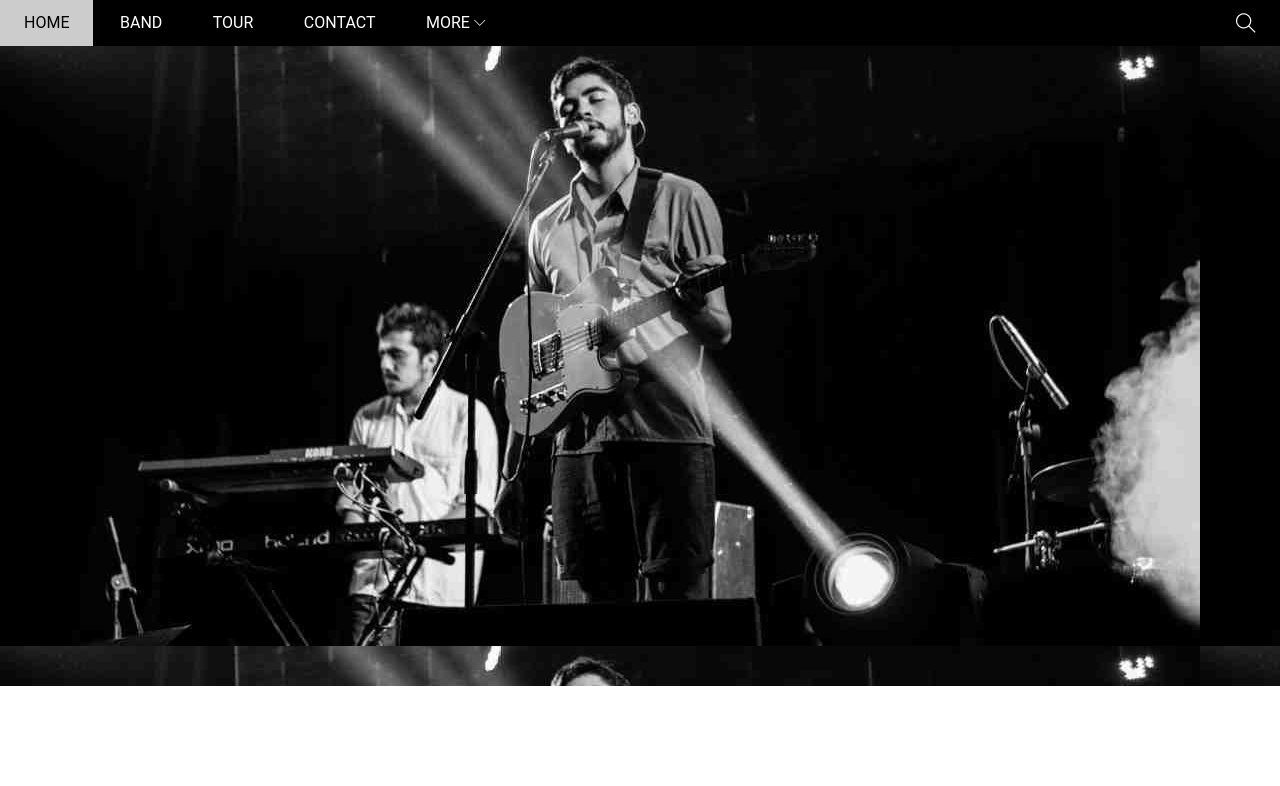
Repository: vuongld315/myLandingPage
Page: index.html
The author's editor kept a copy of each file at every save. The page is drawn from the files as they stood at one save, then again after the next save.
The browser window is 1280 px wide. The pictures show the whole page.

Above is the page before, as saved 2022-07-22 12:50:34.

After the next save:
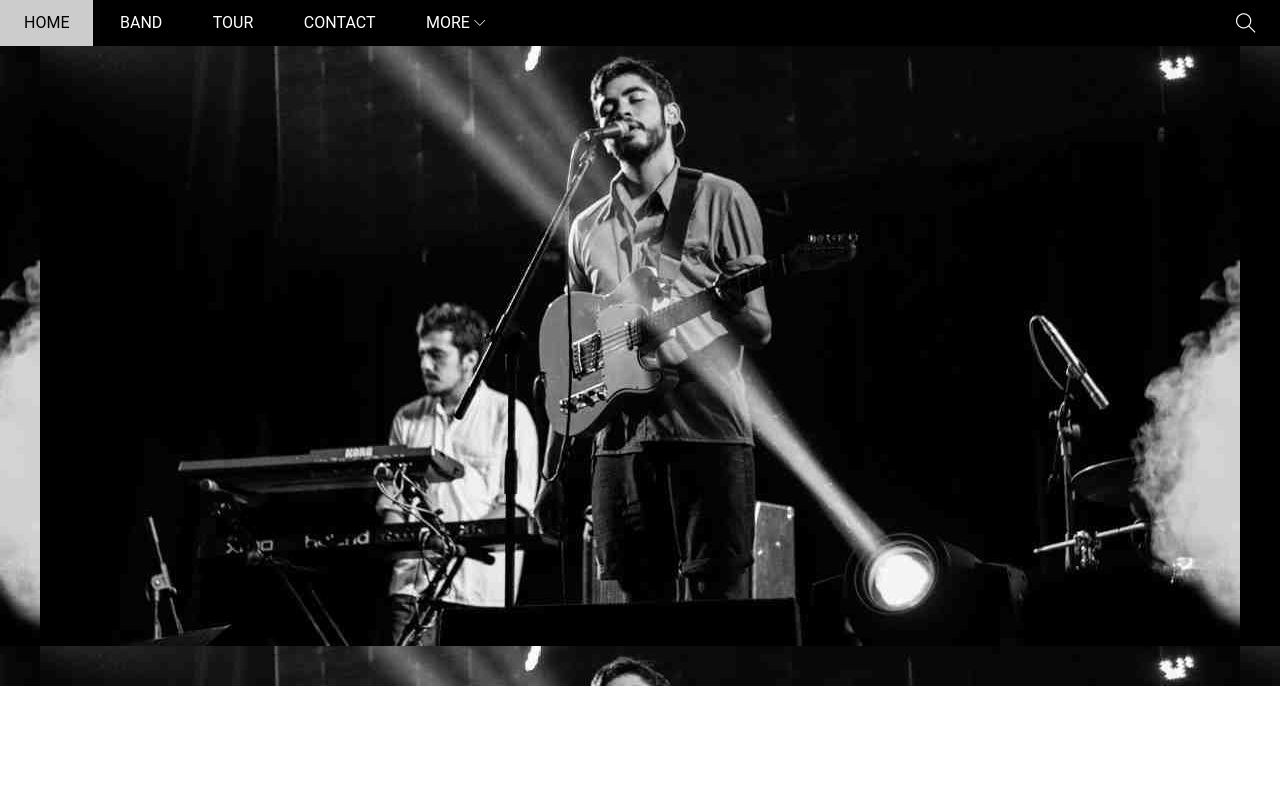
Saved 19 s later.
--- a/assets/css/main.css
+++ b/assets/css/main.css
@@ -120,7 +120,7 @@ body    {
     background-color: #333;
     margin-top: 46px;
     padding-top: 50%;
-    background: url('/assets/img/slider1.jpg');
+    background: url('/assets/img/slider1.jpg') top center;
 }
 
 #content {
